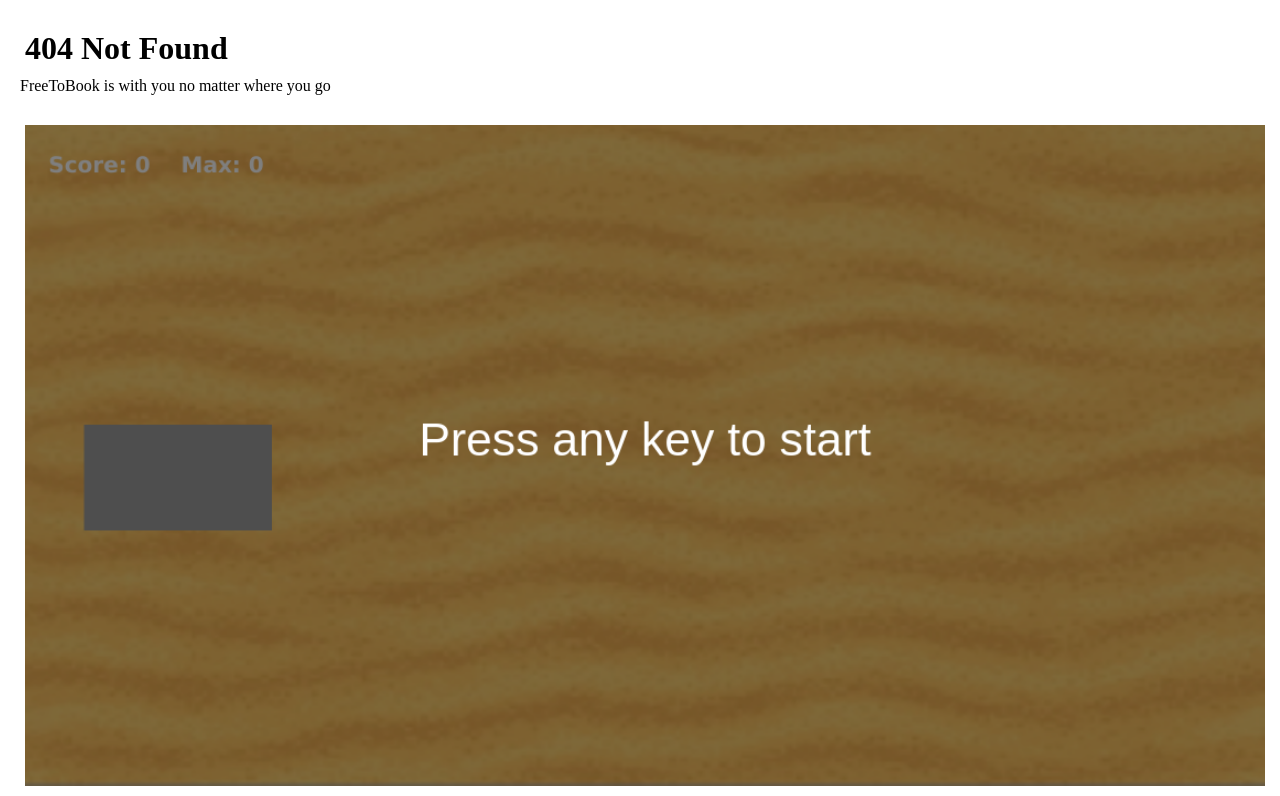
Repository: btgoo/game
Page: car.html
An editor plug-in stored every save of this project. The page is shown before and after a run of saves, followed by the edit.
The browser window is 1280 px wide. The pictures show the whole page.

Above is the page before, as saved 2025-10-26 03:08:12.

### car.html
<!DOCTYPE html>
<script src="carscript.js" defer type="module"></script>
<link rel="stylesheet" href="car_style.css">
<html lang="en">
<head>
    <meta charset="UTF-8">
    <meta http-equiv="X-UA-Compatible" content="IE=edge" />
    <meta name="viewport" content="width=device-width, initial-scale=1.0">
    <title>CarGo</title>
</head>
<body>
    <h1>404 Not Found</h1>
    FreeToBook is with you no matter where you go
    <p id="demo"></p>
    <canvas id="game">
    </canvas>
</body>
 </html>

### carscript.js
const canvas = document.getElementById("game");
const ctx = canvas.getContext("2d");

const GAME_WIDTH = 1200;
const GAME_HEIGHT = 600;
const PLAYER_WIDTH = 160;
const PLAYER_HEIGHT = 90;
const CACTI_WIDTH = 78;
const CACTI_Height = 90;

const NUM_LANES = 5;

const obstacleData = [
    {src: "./assets/car_images/cactus_1.png", width:CACTI_WIDTH, height:CACTI_WIDTH},
    {src: "./assets/car_images/cactus_2.png", width:CACTI_WIDTH, height:CACTI_Height},
    {src: "./assets/car_images/cactus_3.png", width:CACTI_WIDTH, height:CACTI_Height},
    {src: "./assets/car_images/cactus_1.png", width:CACTI_WIDTH, height:CACTI_WIDTH},
    {src: "./assets/car_images/cactus_2.png", width:CACTI_WIDTH, height:CACTI_Height},
    {src: "./assets/car_images/cactus_3.png", width:CACTI_WIDTH, height:CACTI_Height},
    {src: "./assets/car_images/tumbleweed.png", width:CACTI_WIDTH, height:CACTI_WIDTH},
    {src: "./assets/car_images/red_car.png", width:PLAYER_WIDTH, height:PLAYER_HEIGHT},
    {src: "./assets/car_images/green_car.png", width:PLAYER_WIDTH, height:PLAYER_HEIGHT},
];

let obstacleImgs = [];
obstacleData.forEach(data => {
    const img = new Image();
    img.src = data.src;
    img.width = data.width;
    img.height = data.height;
    obstacleImgs.push(img);
});

const explosionImg = new Image();
explosionImg.src = "./assets/car_images/explosion_sprite.png";

let explosions = [];

let scaleRatio = null;
let backgroundX = 0;
let gameSpeed = 3;
let speedIncreaseRate = 0.0001;

let gameRunning = false;
let gameOver = false;

let score = 0;
let maxScore = 0;

let car = {
    x: GAME_WIDTH / 24,
    width: PLAYER_WIDTH,
    height: PLAYER_HEIGHT,
    lane: 2,
};

let obstacles = [];
let obstacleTimer = 0;
let obstacleInterval = 80;
let lanes = [];

function setupLanes() {
    const laneHeight = GAME_HEIGHT / NUM_LANES;
    lanes = [];
    for (let i = 0; i < NUM_LANES; i++) {
        lanes.push(laneHeight * i + (laneHeight - car.height) / 2);
    }
    car.y = lanes[car.lane];
}

function getScaleRatio() {
    const screenHeight = Math.min(window.innerHeight, document.documentElement.clientHeight);
    const screenWidth = Math.min(window.innerWidth, document.documentElement.clientWidth);

    if (screenWidth / screenHeight < GAME_WIDTH / GAME_HEIGHT) {
        return screenWidth / GAME_WIDTH;
    } else {
        return screenHeight / GAME_HEIGHT;
    }
}

function setScreen() {
    scaleRatio = getScaleRatio();
    if ((GAME_WIDTH*scaleRatio) < GAME_WIDTH && (GAME_HEIGHT*scaleRatio) < GAME_HEIGHT){
        canvas.width = GAME_WIDTH * scaleRatio;
        canvas.height = GAME_HEIGHT * scaleRatio;
        } else {
        canvas.width = GAME_WIDTH/scaleRatio;
        canvas.height = GAME_HEIGHT;
    }
  setupLanes();
}

setScreen();
window.addEventListener("resize", () => {
    setScreen();
    drawScene();
});

const backgroundImg = new Image();
backgroundImg.src = "./assets/car_images/background.png";

const carImg = new Image();
carImg.src = "./assets/car_images/blue_car.png";

backgroundImg.onload = requestAnimationFrame(gameLoop);
carImg.onload = () => requestAnimationFrame(gameLoop);

backgroundImg.onload = drawStartScreen;
carImg.onload = drawStartScreen;


function drawStartScreen() {
    drawScene();
    ctx.fillStyle = "rgba(0, 0, 0, 0.5)";
    ctx.fillRect(0, 0, canvas.width, canvas.height);

    ctx.fillStyle = "white";
    ctx.font = `${40 * scaleRatio}px Arial`;
    ctx.textAlign = "center";
    ctx.fillText("Press any key to start", canvas.width / 2, canvas.height / 2);
}

function drawScene() {
    ctx.clearRect(0, 0, canvas.width, canvas.height);

    const bgWidth = canvas.width;
    const bgHeight = canvas.height;
    let bgX = -backgroundX * scaleRatio;

    ctx.drawImage(backgroundImg, bgX, 0, bgWidth, bgHeight);
    ctx.drawImage(backgroundImg, bgX + bgWidth, 0, bgWidth, bgHeight);

    ctx.fillStyle = "white";
    ctx.font = `bold ${20}px Verdana`;
    ctx.textAlign = "left";
    ctx.fillText(`Score: ${score}    Max: ${maxScore}`, 20 * scaleRatio, 40 * scaleRatio);

    if (backgroundX * scaleRatio >= bgWidth) backgroundX = 0;

    obstacles.forEach((ob) => {
        ctx.drawImage(
        ob.img,
        ob.x * scaleRatio,
        ob.y * scaleRatio,
        ob.width * scaleRatio,
        ob.height * scaleRatio
        );
    });

    if (!gameOver) {
        ctx.drawImage(
            carImg,
            car.x * scaleRatio,
            car.y * scaleRatio,
            car.width * scaleRatio,
            car.height * scaleRatio
        );
    }
    explosions.forEach((ex, i) => {
        const frameWidth = explosionImg.width / ex.maxFrames;
        const frameHeight = explosionImg.height;

        ctx.drawImage(
            explosionImg,
            frameWidth * ex.frame,
            0,
            frameWidth,
            frameHeight,
            ex.x * scaleRatio,
            ex.y * scaleRatio,
            ex.width * scaleRatio,
            ex.height * scaleRatio
        );

        ex.tick++;
        if (ex.tick % ex.frameSpeed === 0) {
            ex.frame++;
        }
        if (ex.frame >= ex.maxFrames) {
            explosions.splice(i, 1);
        }
    });
    if (gameOver) {
        ctx.fillStyle = "rgba(0, 0, 0, 0.6)";
        ctx.fillRect(0, 0, canvas.width, canvas.height);
        ctx.fillStyle = "white";
        ctx.font = `${60 * scaleRatio}px Arial Black`;
        ctx.textAlign = "center";
        ctx.fillText("GAME OVER", canvas.width / 2, canvas.height / 2);
        ctx.font = `${30 * scaleRatio}px Arial`;
        ctx.fillText("Press any key to restart", canvas.width / 2, canvas.height / 2 + 60 * scaleRatio);
    }
}

function gameLoop() {
    if (gameRunning && !gameOver) {
        backgroundX += gameSpeed;

        obstacleTimer++;
        if (obstacleTimer > obstacleInterval) {
            spawnObstacle();
            obstacleTimer = 0;
            obstacleInterval = 100 + Math.random() * 10;
        }

        obstacles.forEach((ob) => {
            ob.x -= gameSpeed;

            if (!ob.counted && ob.x + ob.width < car.x) {
                score++;
                ob.counted = true;

                if (score > maxScore) {
                    maxScore = score;
                }
            }
        });

        obstacles = obstacles.filter((ob) => ob.x + ob.width > 0);

        checkCollisions();

        gameSpeed += speedIncreaseRate;

        drawScene();
    }
    requestAnimationFrame(gameLoop);
}
requestAnimationFrame(gameLoop);

function checkCollisions() {
    obstacles.forEach((ob, index) => {
      const carLeft = car.x;
      const carRight = car.x + car.width;
      const carTop = car.y;
      const carBottom = car.y + car.height;

      const obLeft = ob.x;
      const obRight = ob.x + ob.width-10;
      const obTop = ob.y;
      const obBottom = ob.y + ob.height;

      const horizontalOverlap = carLeft < obRight && carRight > obLeft;
      const verticalOverlap = carTop < obBottom && carBottom > obTop;

      if (horizontalOverlap && verticalOverlap) {
        spawnExplosion(car.x, car.y, car.width, car.height);
        setTimeout(setGameOver, 100);
      }
    });
}

function setGameOver(){
    gameRunning = false;
    gameOver = true
    drawScene();
}

function spawnObstacle() {
    const lane = Math.floor(Math.random() * NUM_LANES);
    const imgIndex = Math.floor(Math.random() * obstacleImgs.length);
    const chosenImg = obstacleImgs[imgIndex];

    const newObstacle = {
        x: GAME_WIDTH + 50,
        y: lanes[lane],
        width: chosenImg.width,
        height: chosenImg.height,
        lane: lane,
        img: chosenImg
    };
    obstacles.push(newObstacle);
}

function spawnExplosion(x, y, width, height) {
    explosions.push({
        x: x,
        y: y,
        width: width,
        height: height,
        frame: 0,
        maxFrames: 15,
        frameSpeed: 3,
        tick: 0
    });
}

window.addEventListener("keydown", (e) => {
    if (!gameRunning && !gameOver) {
      // start
      gameRunning = true;
        obstacles = [];
        explosions = [];
        backgroundX = 0;
        gameSpeed = 3;
        score = 0;
        drawScene();
    } else if (gameOver) {
      // restart
        gameOver = false;
        gameRunning = true;
        backgroundX = 0;
        obstacles = [];
        explosions = [];
        gameSpeed = 3;
        score = 0;
    } else {
      // move car if running
      if (e.key === "ArrowUp" && car.lane > 0) {
        car.lane--;
      } else if (e.key === "ArrowDown" && car.lane < NUM_LANES - 1) {
        car.lane++;
      }
      car.y = lanes[car.lane];
    }
});

### car_style.css
* {
    padding: 5px;
    padding-top: 10px;
    padding-bottom: 10px;
    margin: 0px;
}
body{
    padding-left: 15px;
    display:flex;
    flex-direction: column;
    height: 90vh;

    /* user-select: none;
    touch-action: none;
    -webkit-touch-callout: none;
    -webkit-user-select: none;
    -khtml-user-select: none;
    -moz-user-select: none;
    -ms-user-select: none;
    user-select: none;
    outline: none;
    -webkit-tap-highlight-color: rgba(255, 255, 255, 0); */
}

After the next 2 saves:
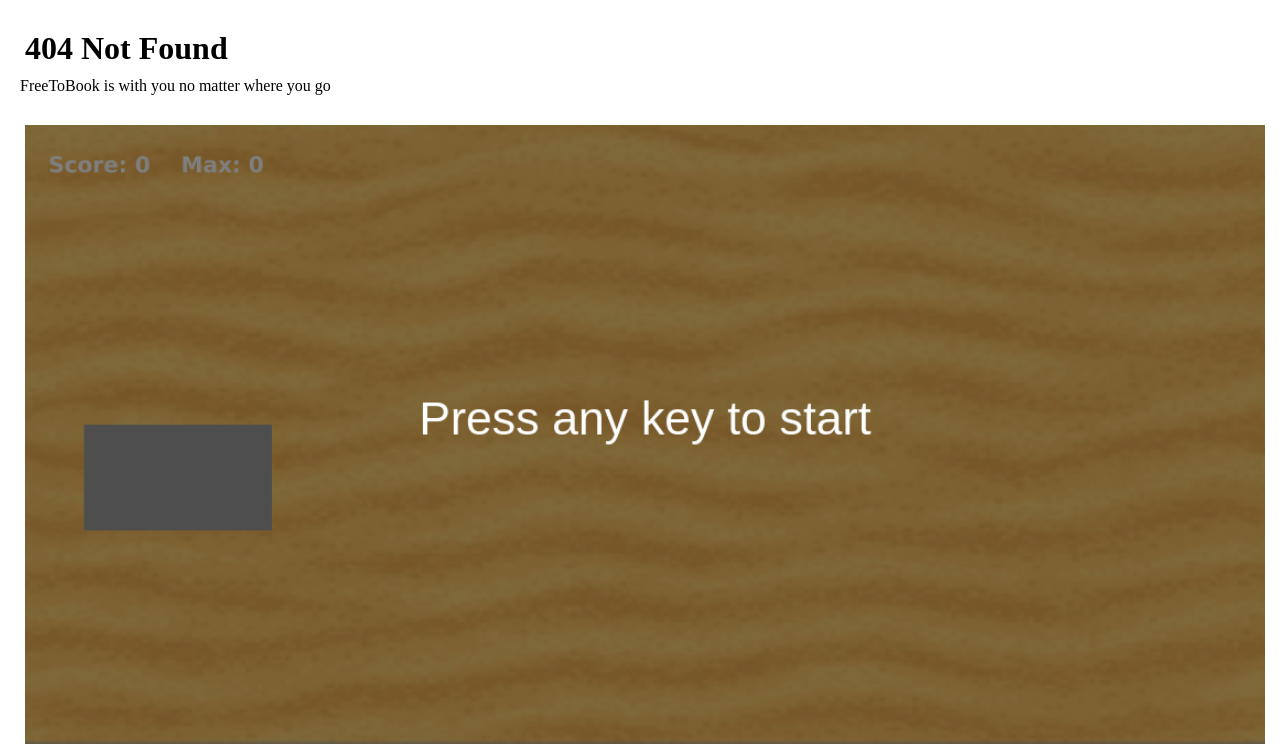
The 2 saves are shown as one change because they came seconds apart.
The last was saved 13 s later.
--- a/carscript.js
+++ b/carscript.js
@@ -86,7 +86,7 @@ function setScreen() {
         canvas.height = GAME_HEIGHT * scaleRatio;
         } else {
         canvas.width = GAME_WIDTH/scaleRatio;
-        canvas.height = GAME_HEIGHT;
+        canvas.height = GAME_HEIGHT/scaleRatio;
     }
   setupLanes();
 }
